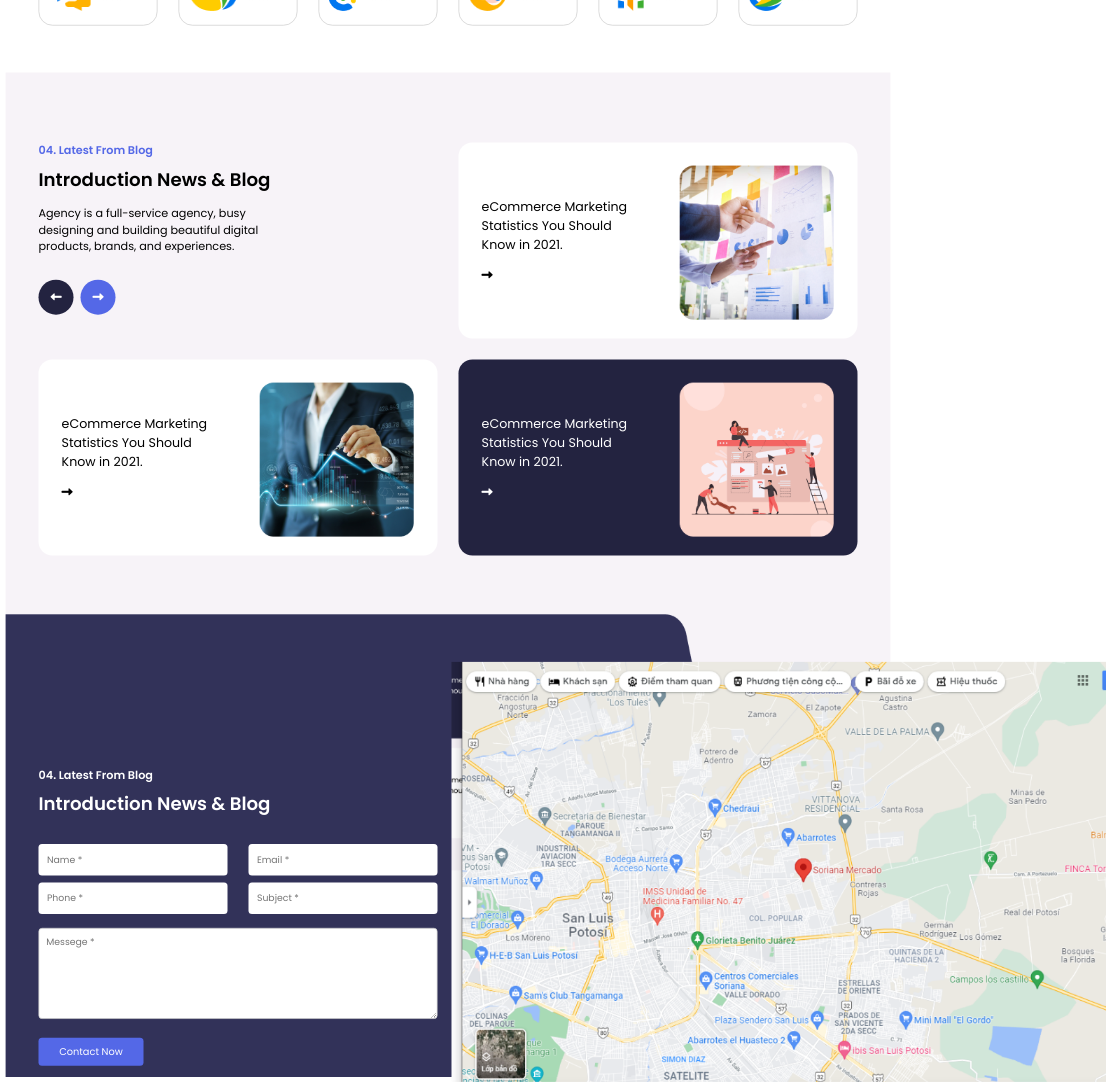
Repository: tranchi0120/LangdingPage-Htmlcss-Ago
Page: index.html
An editor plug-in stored every save of this project. The page is shown before and after the next save, followed by the edit.
The browser window is 1280 px wide. The page is 1580 px wide, then 1585 px, so the pictures cover 1585 px, including what lies to the right of the window. The pictures show the part of the page from y = 3392 to 4952 px (the page is 4952 px tall), at 70% of full size.
Some web libraries are served in a nearby version. The style sheet was rebuilt from its Sass, Less or Tailwind sources for each picture, by a compiler version that may differ from the author's.

Above is the page before, as saved 2022-07-15 10:17:10.

After the next save:
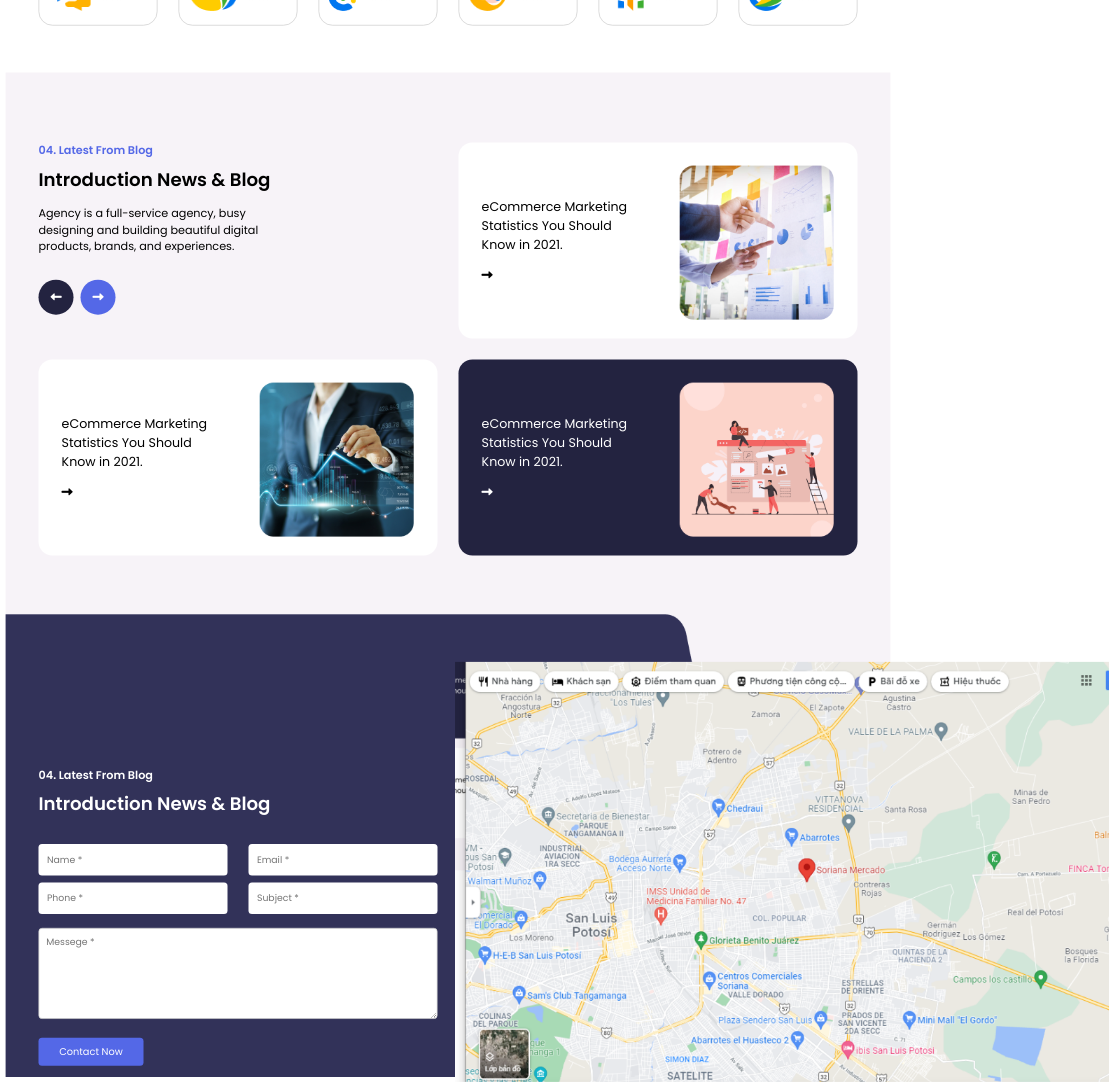
Saved 5 s later.
--- a/sass/_contact.scss
+++ b/sass/_contact.scss
@@ -1,7 +1,7 @@
 .contact {
     &-main {
         display: flex;
-        gap: 20px;
+        gap: 25px;
     }
     &-background {
         margin-top: -80px;
